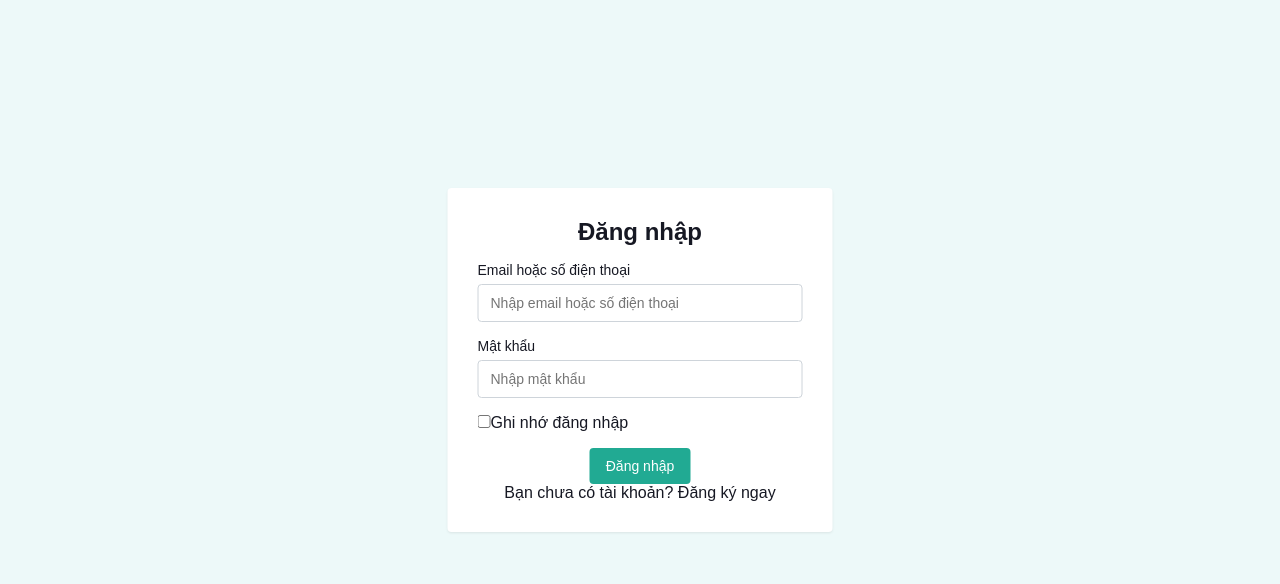
Repository: ntq25012002/chat-app
Page: /login
An editor plug-in stored every save of this project. The page is shown before and after the next save, followed by the edit.
The browser window is 1280 px wide. The pictures show the whole page.
The project was rebuilt for these pictures with package versions that can differ from the ones it lists, and the page was loaded fresh each time. Also part of the build but not shown: src/pages/Home/index.js, src/pages/Profile/index.js, src/layouts/components/SideBar/index.js, src/layouts/DefaultLayout/index.js.

Above is the page before, as saved 2023-05-19 11:08:30.

After the next save:
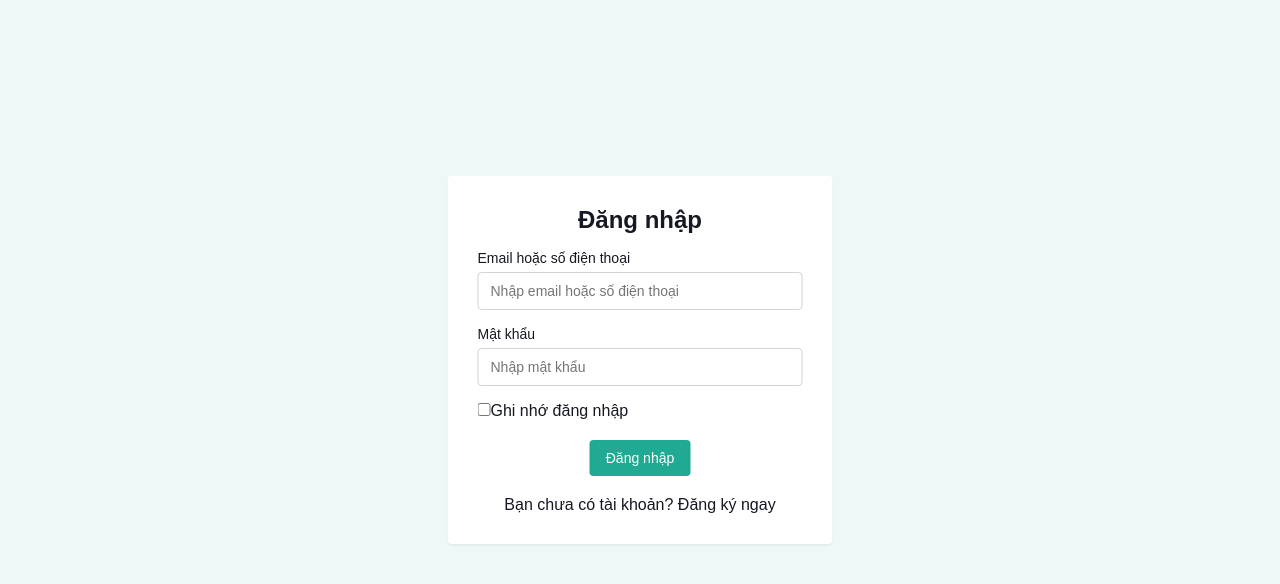
Saved 46 s later.
--- a/src/pages/Login/Login.module.scss
+++ b/src/pages/Login/Login.module.scss
@@ -44,7 +44,8 @@
             }
         }
         .btn-submit {
-            margin-top: 16px;
+            margin-top: 20px;
+            margin-bottom: 20px;
             padding: 10px 16px;
             font-size: 14px;
             border-radius: 4px;
